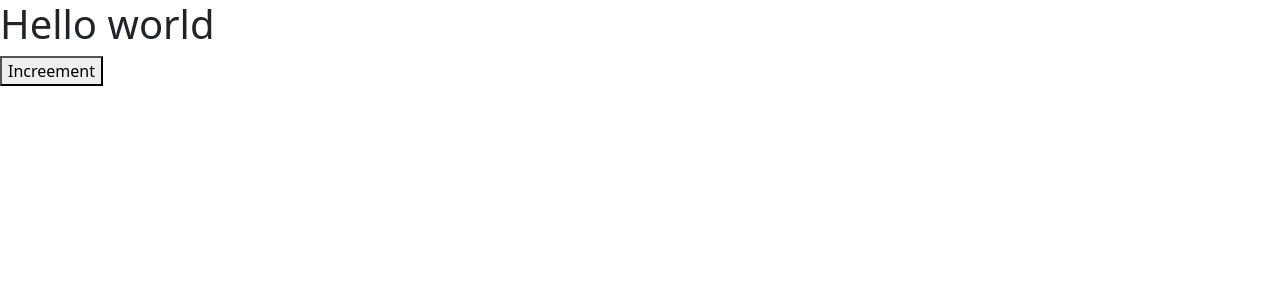
Repository: atulbihari94/counter-app
Page: / (app in counter-app/)
An editor plug-in stored every save of this project. The page is shown before and after the next save, followed by the edit.
The browser window is 1280 px wide. The pictures show the whole page.
The project was rebuilt for these pictures with package versions that can differ from the ones it lists, and the page was loaded fresh each time. Also part of the build but not shown: counter-app/src/App.css, counter-app/src/App.js.

Above is the page before, as saved 2019-09-26 00:52:02.

After the next save:
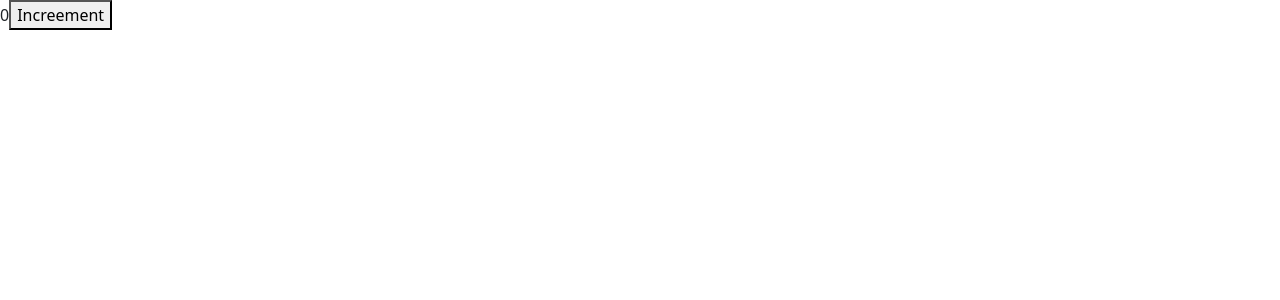
Saved 2 min 40 s later.
--- a/counter-app/src/components/counter.jsx
+++ b/counter-app/src/components/counter.jsx
@@ -1,11 +1,14 @@
 import React, { Component } from "react";
 class Counter extends Component {
+    state = {
+        count : 0,
+    };
   render() {
     return (
-      <React.Fragment>
-        <h1>Hello world</h1>
+      <div>
+        <span>{this.state.count}</span>
         <button>Increement</button>
-      </React.Fragment>
+      </div>
     );
   }
 }
